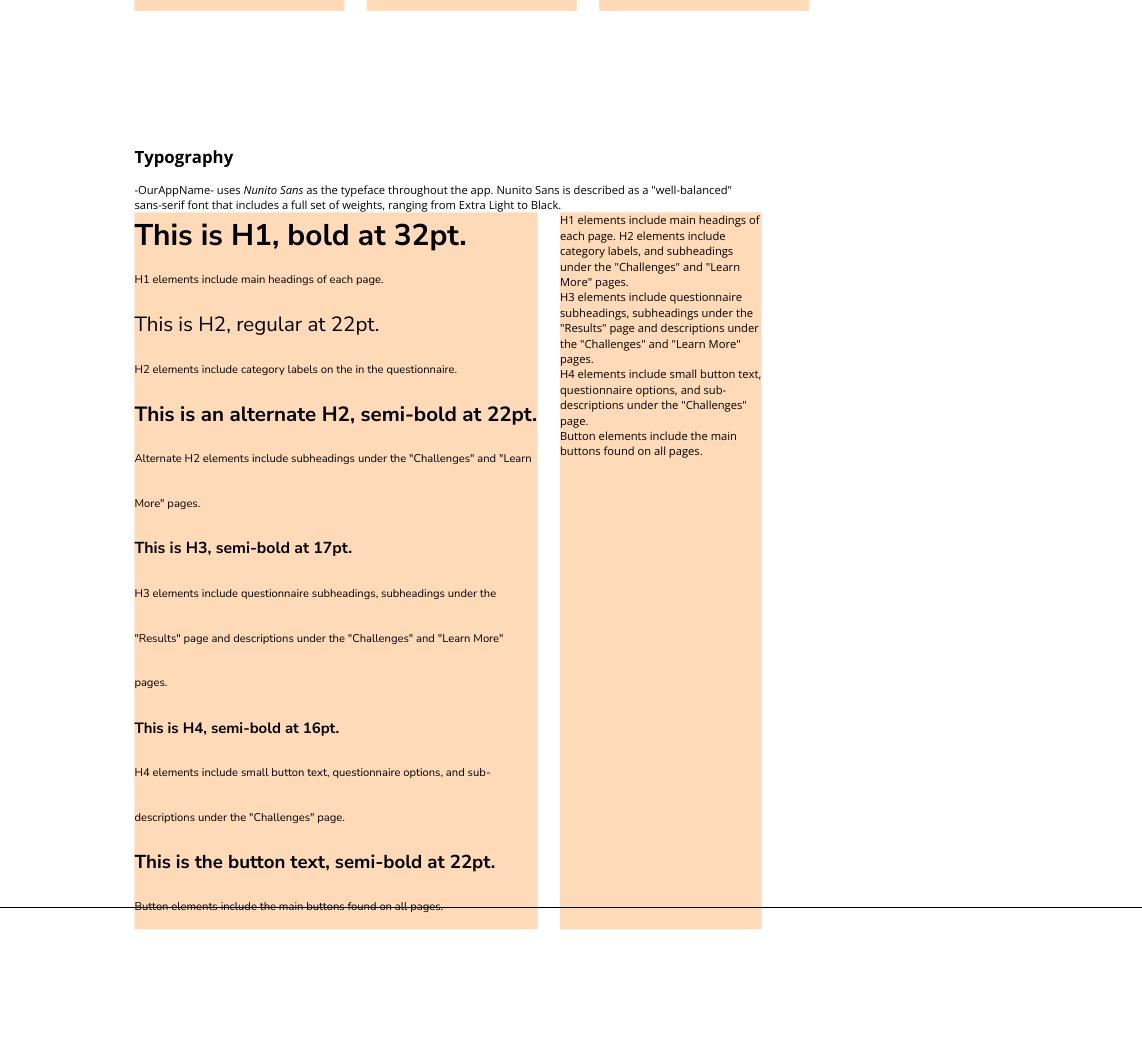
Repository: seohyun9672/Timearth-A6Styleguide
Page: page2.html
An editor plug-in stored every save of this project. The page is shown before and after the next save, followed by the edit.
The browser window is 1280 px wide. The page is 1632 px wide, so the pictures cover 1632 px, including what lies to the right of the window. The pictures show the part of the page from y = 1608 to 3128 px (the page is 3128 px tall before and 2559 px after), at 70% of full size.

Above is the page before, as saved 2022-03-20 20:12:54.

After the next save:
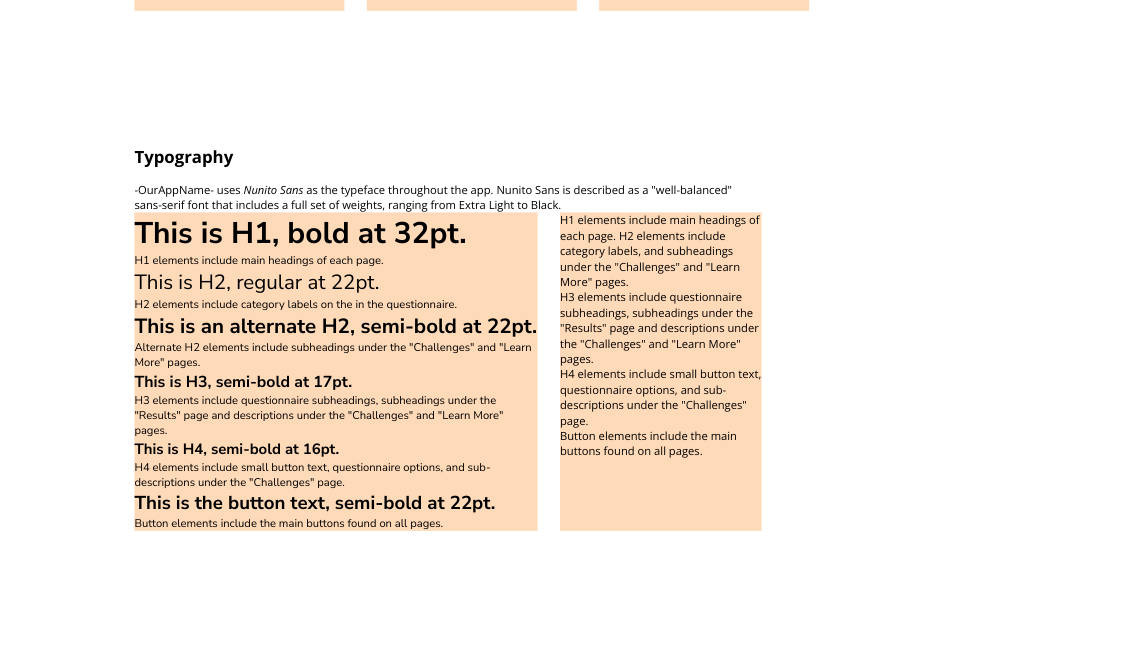
Saved 69 s later.
--- a/stylesheet.css
+++ b/stylesheet.css
@@ -136,6 +136,3 @@ li a:hover {
     font-size:20pt;
     font-weight:bolder;
 }
-.example {
-    line-height:4em;
-}
